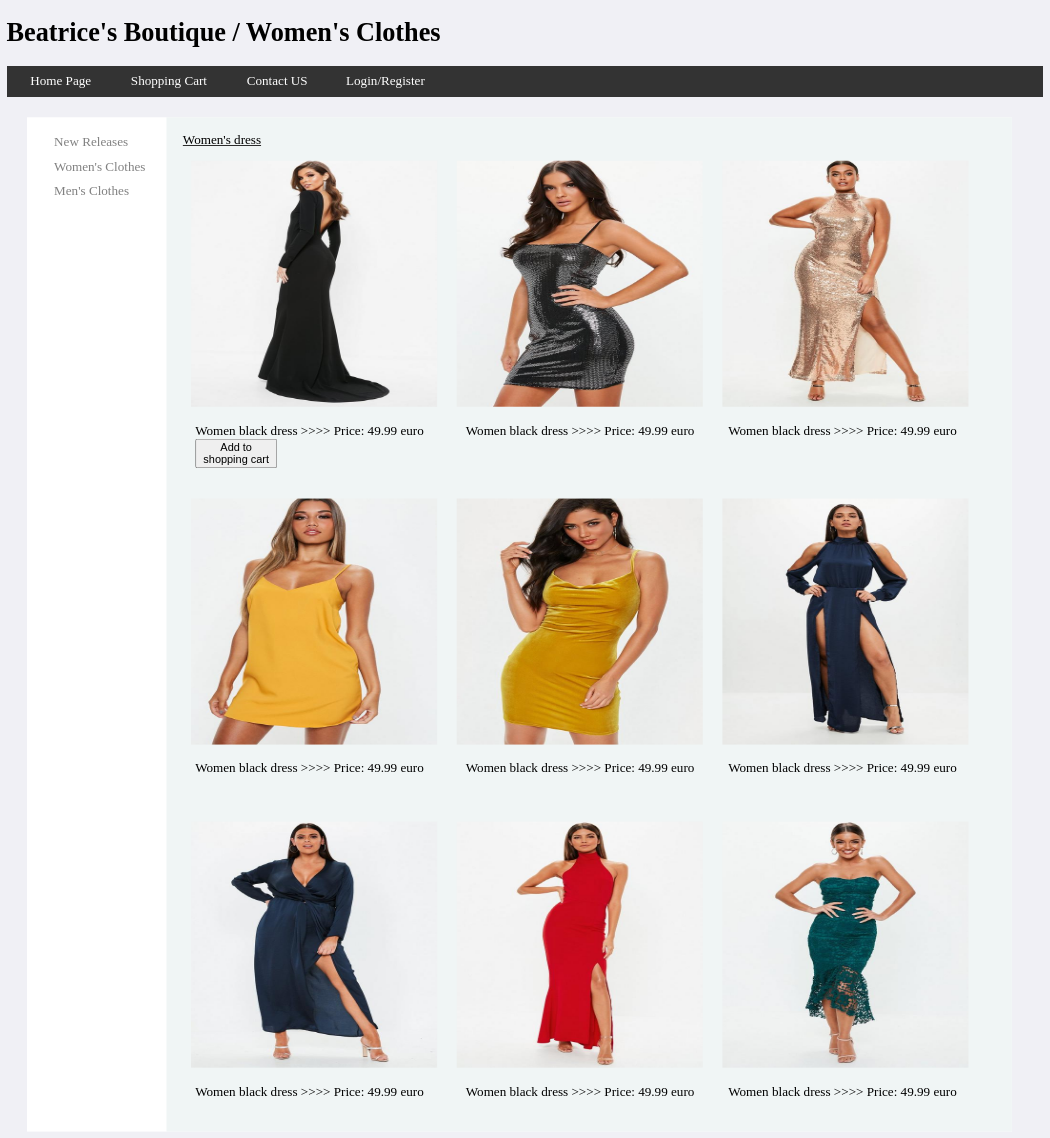
Repository: IosifDobos/Beatrice-Boutique
Page: BeatriceBoutique/Java/WorkSpace/BeatriceBoutique/WebContent/womensClothes.html
The author's editor kept a copy of each file at every save. The page is drawn from the files as they stood at one save, then again after the next save.
The browser window is 1280 px wide. The pictures show the whole page, at 82% of full size.

Above is the page before, as saved 2018-12-04 17:52:44.

After the next save:
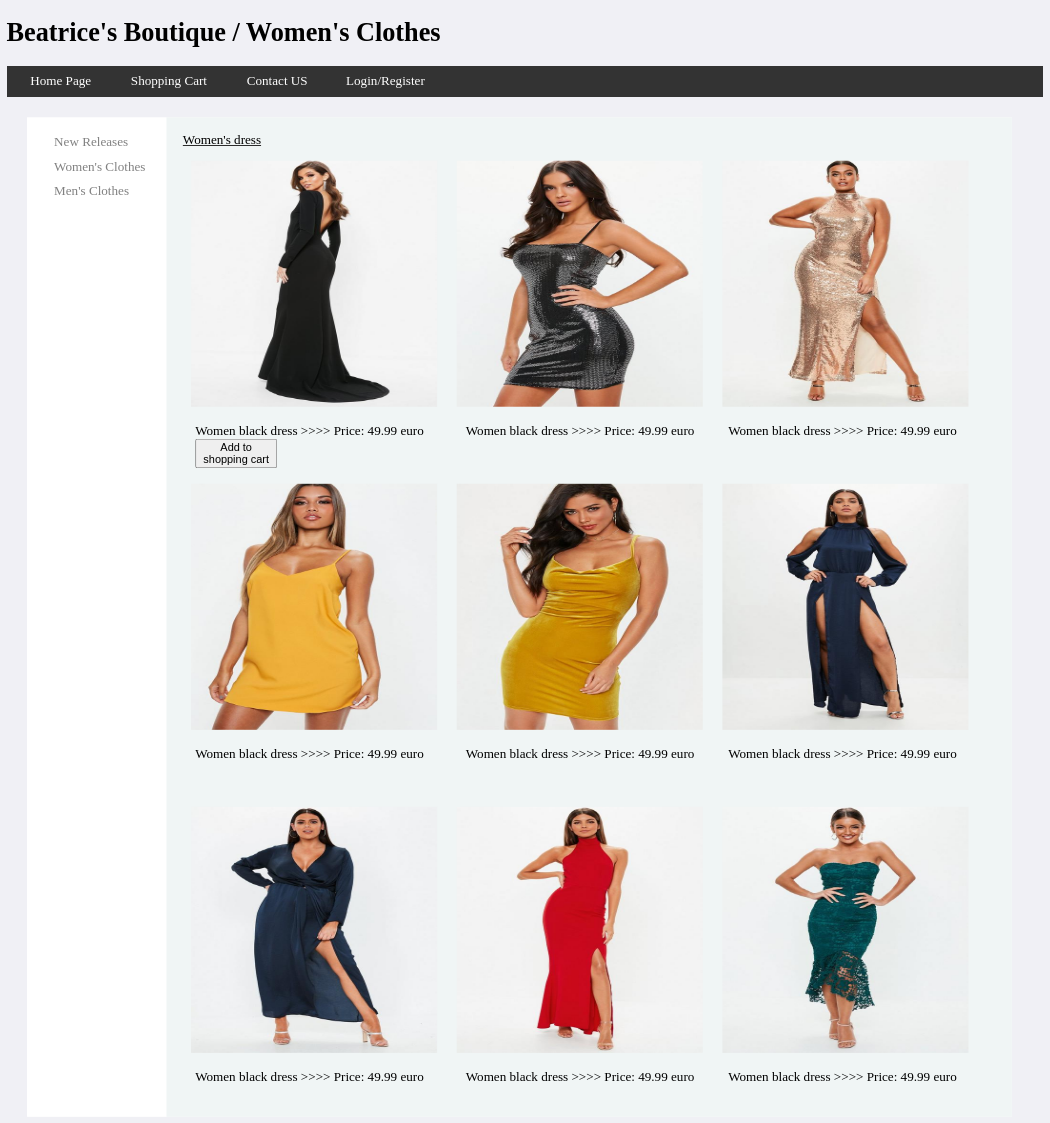
Saved 11 s later.
--- a/BeatriceBoutique/Java/WorkSpace/BeatriceBoutique/WebContent/womensClothes.html
+++ b/BeatriceBoutique/Java/WorkSpace/BeatriceBoutique/WebContent/womensClothes.html
@@ -48,7 +48,7 @@
 						Add to shopping cart
 				</button>
 			</div>
-			<br><br><br><br><br><br><br>
+			<br><br><br><br><br><br>
 			<img alt="dress3" src="womens-img/mustard-cami-shift-dress.jpg" width="300" height="300" style="margin-left: 10px;">
 
 			<img alt="dress4" src="womens-img/mustard-velvet-cowl-mini-dress.jpg" width="300" height="300" style="margin-left: 20px;">
